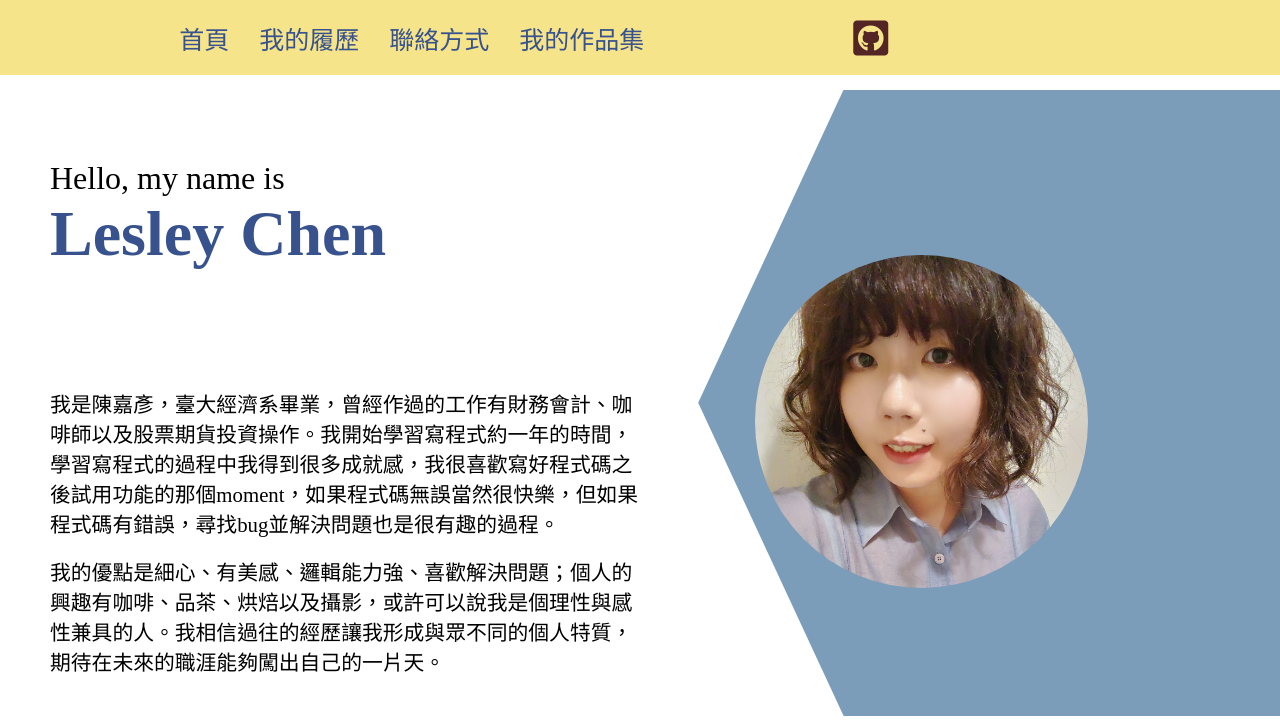
Repository: lcjyc/portfolio-website
Page: /
An editor plug-in stored every save of this project. The page is shown before and after the next save, followed by the edit.
The browser window is 1280 px wide. The pictures show the whole page.
The project was rebuilt for these pictures with package versions that can differ from the ones it lists, and the page was loaded fresh each time. Also part of the build but not shown: src/pages/resume/resume.css, src/pages/resume/Resume.jsx, src/pages/contact/contact.css, src/pages/contact/Contact.jsx, src/pages/portfolio/Portfolio.jsx.

Above is the page before, as saved 2022-08-21 15:43:41.

After the next save:
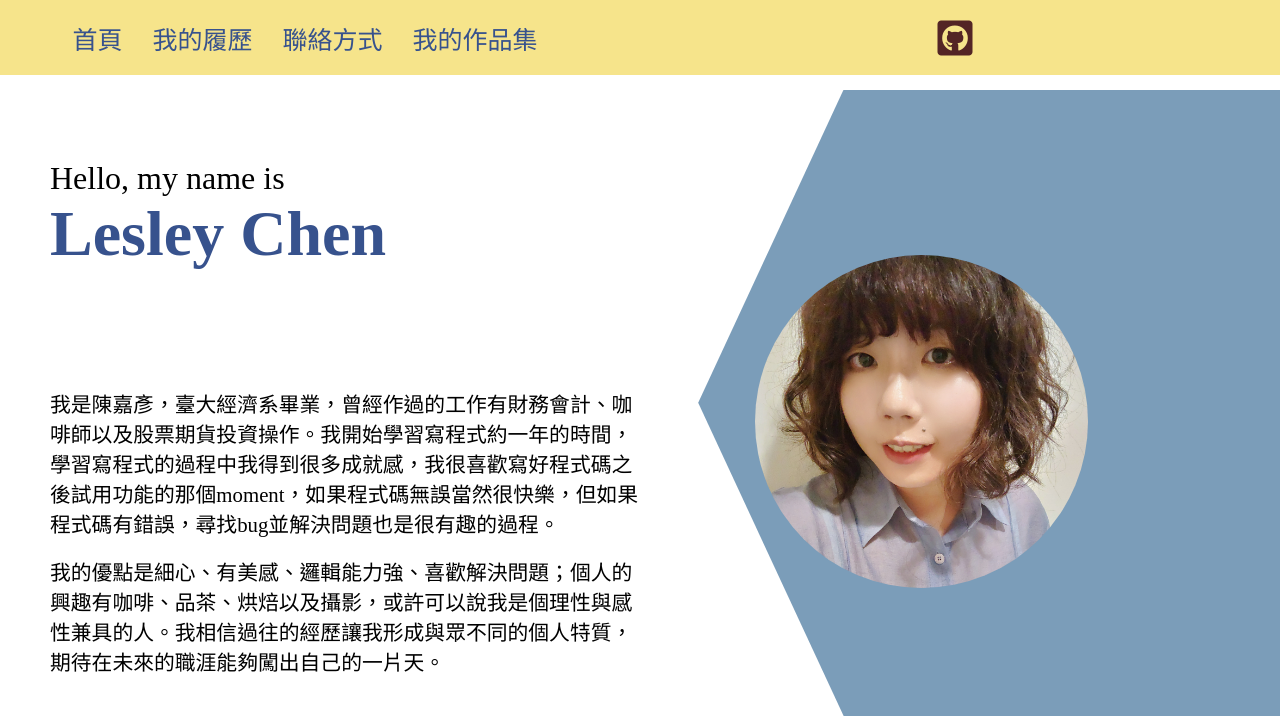
Saved 10 min 52 s later.
--- a/src/components/topbar/topbar.css
+++ b/src/components/topbar/topbar.css
@@ -11,6 +11,10 @@
 }
 
 .topLeft {
+  flex: 3;
+}
+
+.topRight {
   flex: 6;
   display: flex;
   align-items: center;
